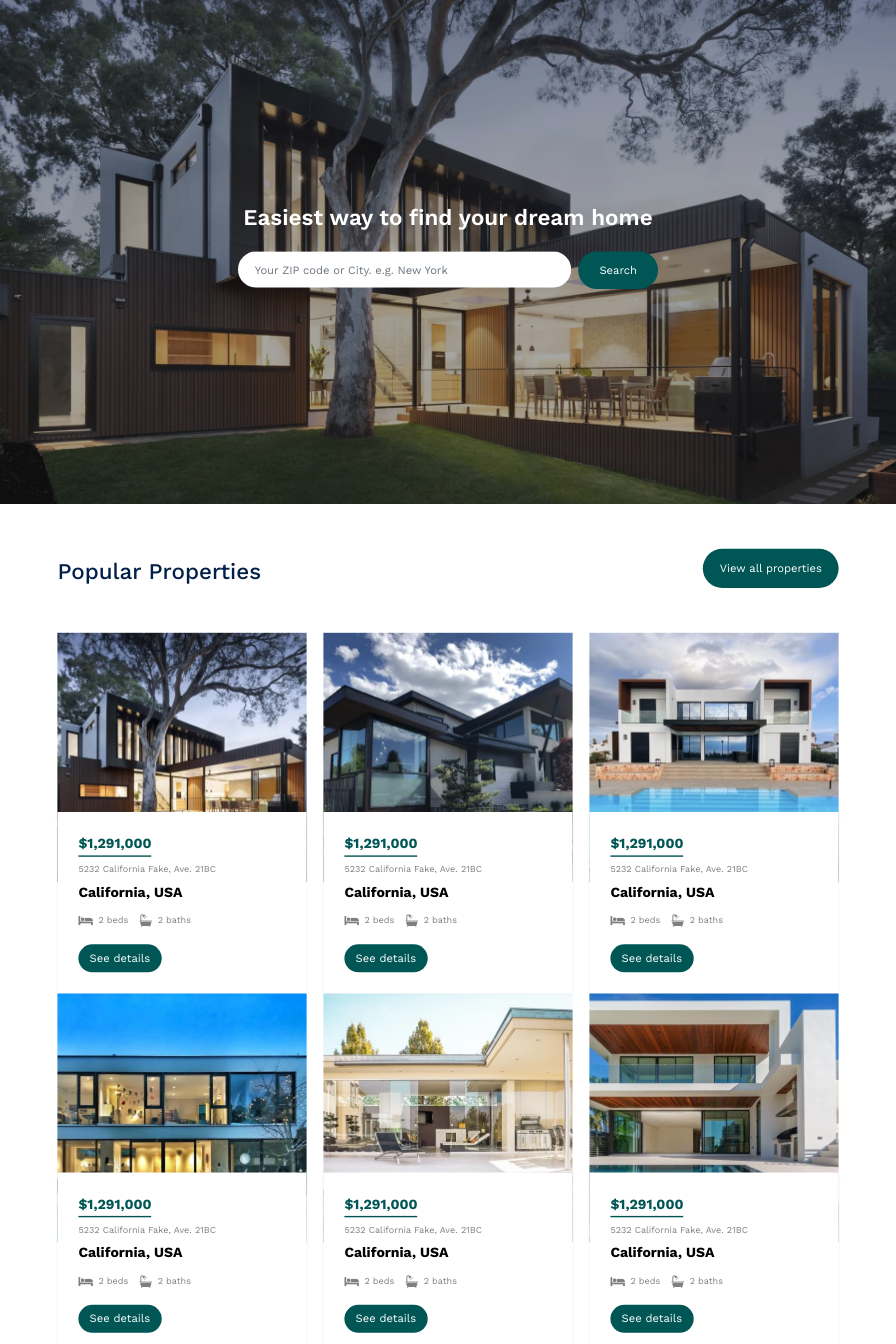
Repository: Farhan0021/Rentalproject
Page: / (app in front/)
The author's editor kept a copy of each file at every save. The page is drawn from the files as they stood at one save, then again after the next save.
The browser window is 1280 px wide. The pictures show the part of the page from y = 0 to 1920 px (the page is 2990 px tall before and 3090 px after), at 70% of full size.
The project was rebuilt for these pictures with package versions that can differ from the ones it lists, and the page was loaded fresh each time. Also part of the build but not shown: front/vite.config.js, front/src/pages/seekers/Login.jsx, front/src/schema/SeekerSignupSchema.jsx, front/src/pages/seekers/Signup.jsx, front/src/pages/owner/Login.jsx, front/src/schema/OwnerSignupSchema.jsx, front/src/pages/owner/Signup.jsx.

Above is the page before, as saved 2025-04-30 15:31:26.
Console error: TypeError: Cannot read properties of null (reading 'style')

After the next save:
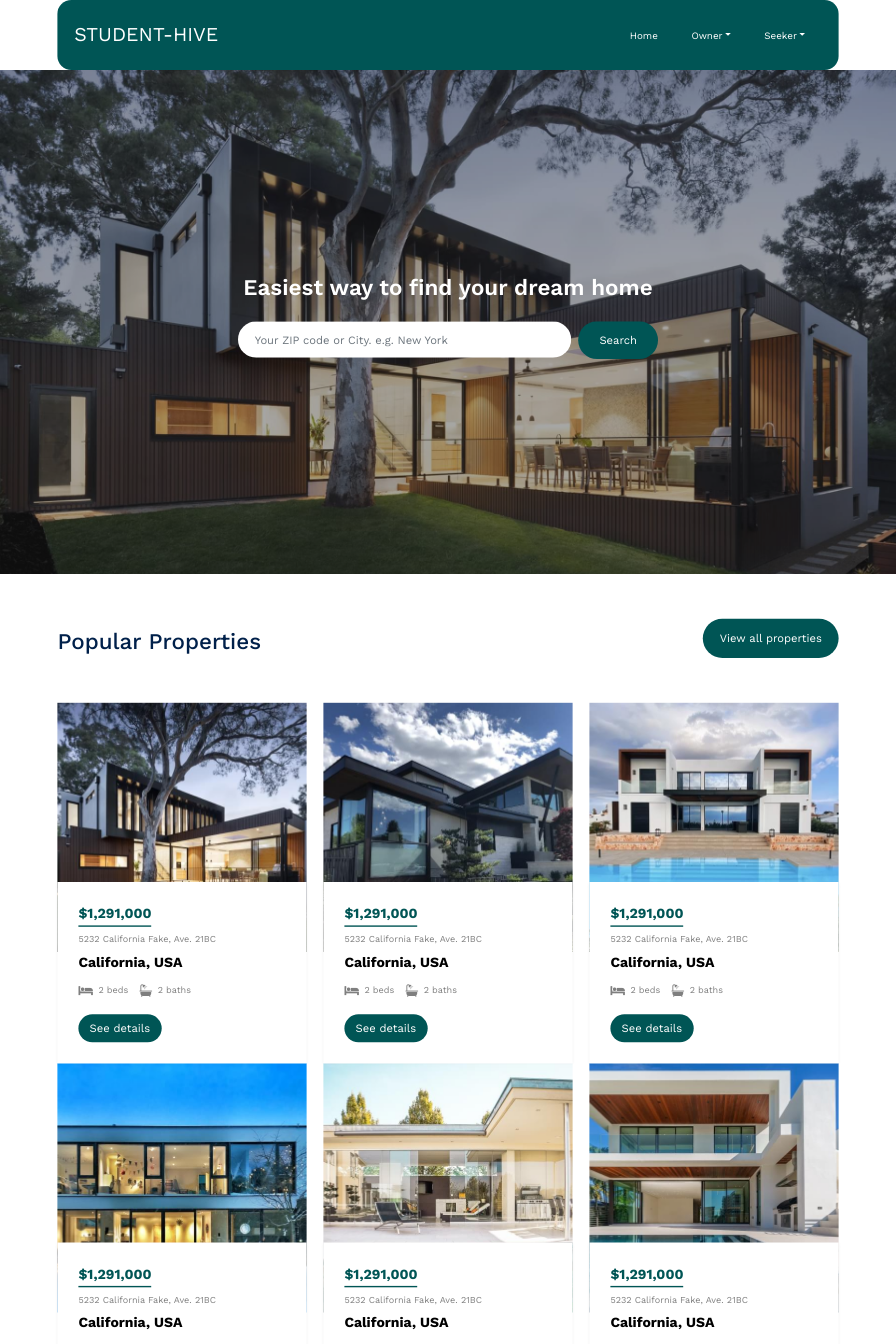
Saved 18 s later.
--- a/front/src/components/HeaderNew.jsx
+++ b/front/src/components/HeaderNew.jsx
@@ -4,7 +4,7 @@
 const HeaderNew = () => {
     return (
 
-    <div className="container" style={{top:"20px", position : "absolute" }}>
+    <div className="container" style={{top:"20px" }}>
      <nav className='navbar navbar-expand-sm navbar-dark bg-green p-4' style={{borderRadius : "20px"}}>
           <NavLink className="navbar-brand" style={{fontSize : "28px"}} to='/'>STUDENT-HIVE</NavLink>
               <button className='navbar-toggler' data-bs-toggle="collapse" data-bs-target="#menu">

After the save that followed:
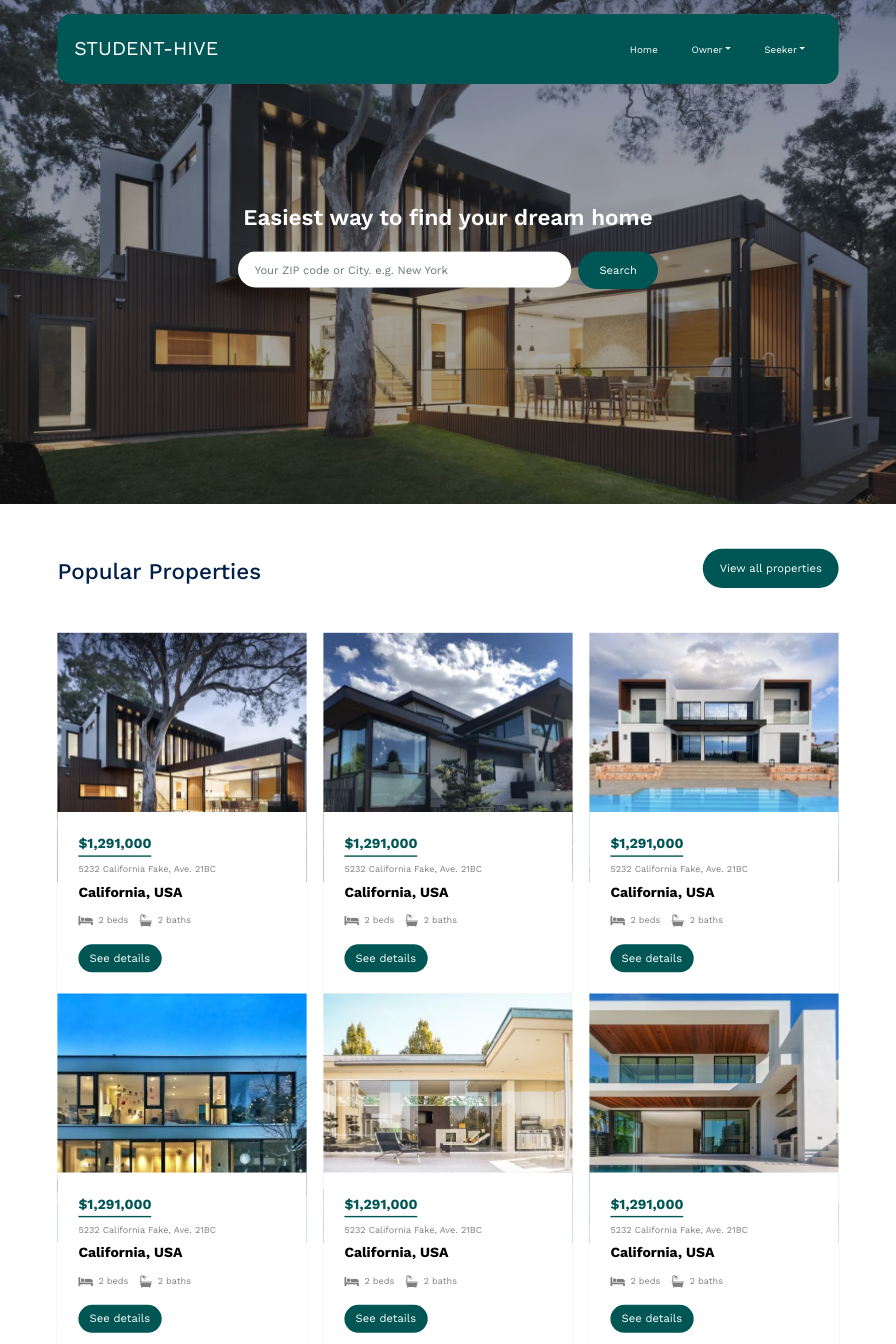
Saved 14 s later.
--- a/front/src/components/HeaderNew.jsx
+++ b/front/src/components/HeaderNew.jsx
@@ -4,7 +4,7 @@
 const HeaderNew = () => {
     return (
 
-    <div className="container" style={{top:"20px" }}>
+    <div className="container fixed-top" style={{top:"20px" }}>
      <nav className='navbar navbar-expand-sm navbar-dark bg-green p-4' style={{borderRadius : "20px"}}>
           <NavLink className="navbar-brand" style={{fontSize : "28px"}} to='/'>STUDENT-HIVE</NavLink>
               <button className='navbar-toggler' data-bs-toggle="collapse" data-bs-target="#menu">
